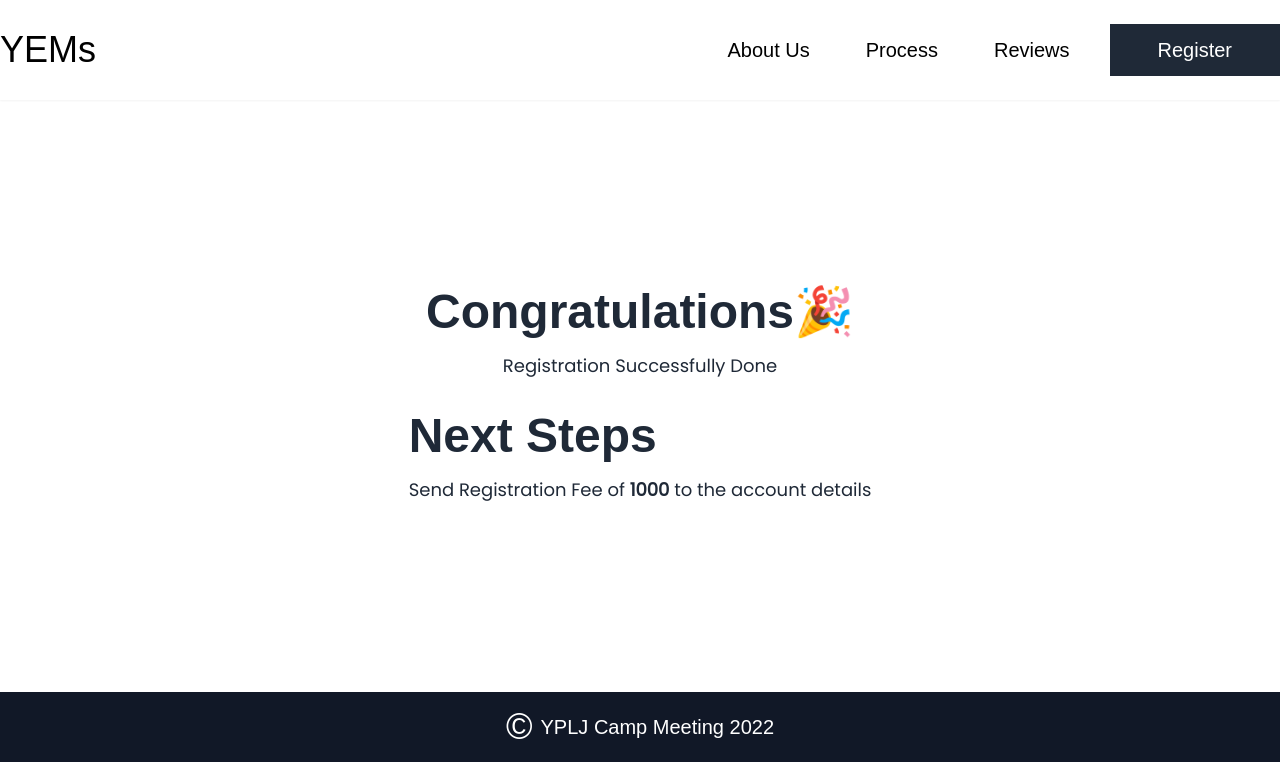
Repository: Ifenna-Pascal/user-camp-onboarding
Page: /dashboard
An editor plug-in stored every save of this project. The page is shown before and after the next save, followed by the edit.
The browser window is 1280 px wide. The pictures show the whole page.
Some web fonts or font styles are not loaded; a fallback is used. The project was rebuilt for these pictures with package versions that can differ from the ones it lists, and the page was loaded fresh each time. The framework's server and built-in components were replaced by stand-ins that run in the browser. Also part of the build but not shown: next.config.js.

Above is the page before, as saved 2022-11-27 08:13:44.

After the next save:
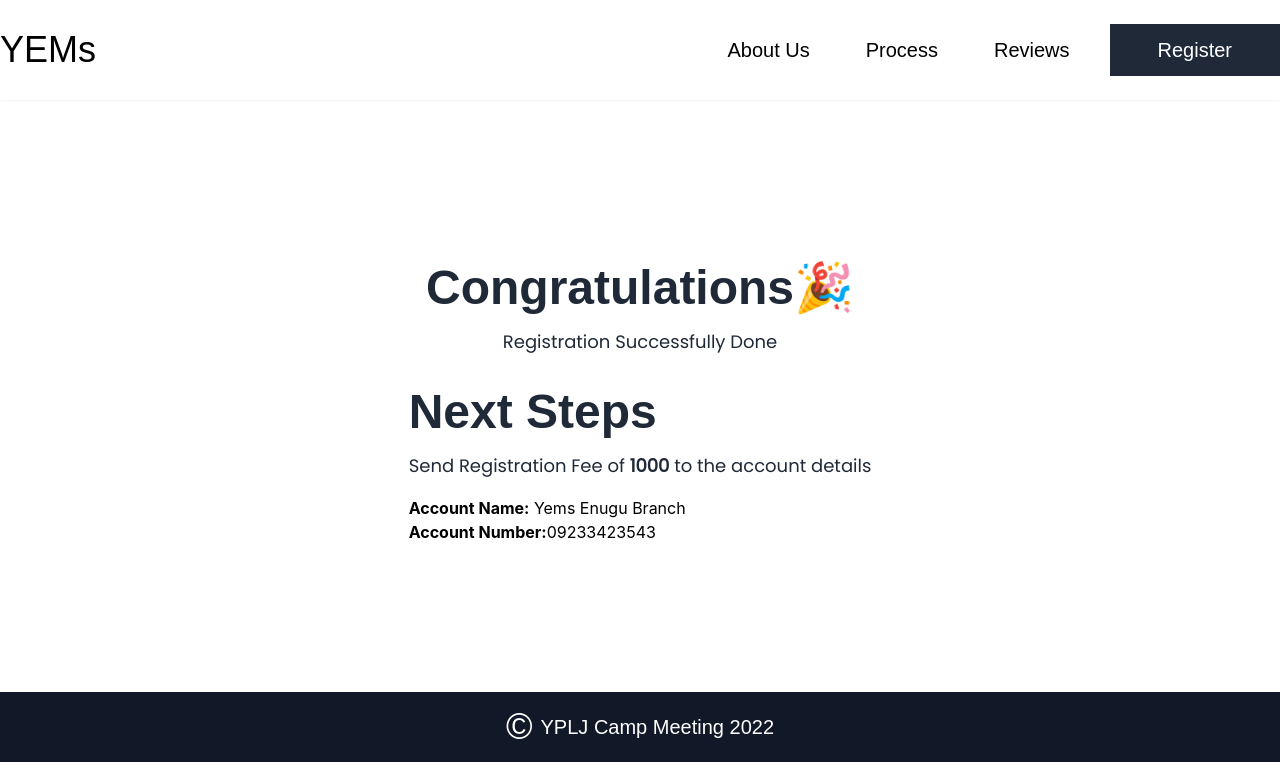
Saved 57 s later.
--- a/pages/dashboard.jsx
+++ b/pages/dashboard.jsx
@@ -16,6 +16,12 @@ function Dashboard() {
         <p className="block text-base  lg:text-lg text-center font-poppins text-gray-800 leading-[30px] py-2 lg:py-4">
           Send Registration Fee of <strong>1000</strong> to the account details
         </p>
+        <p>
+          <b>Account Name:</b> Yems Enugu Branch
+        </p>
+        <p>
+          <b>Account Number:</b>09233423543
+        </p>
       </div>
     </div>
   );
